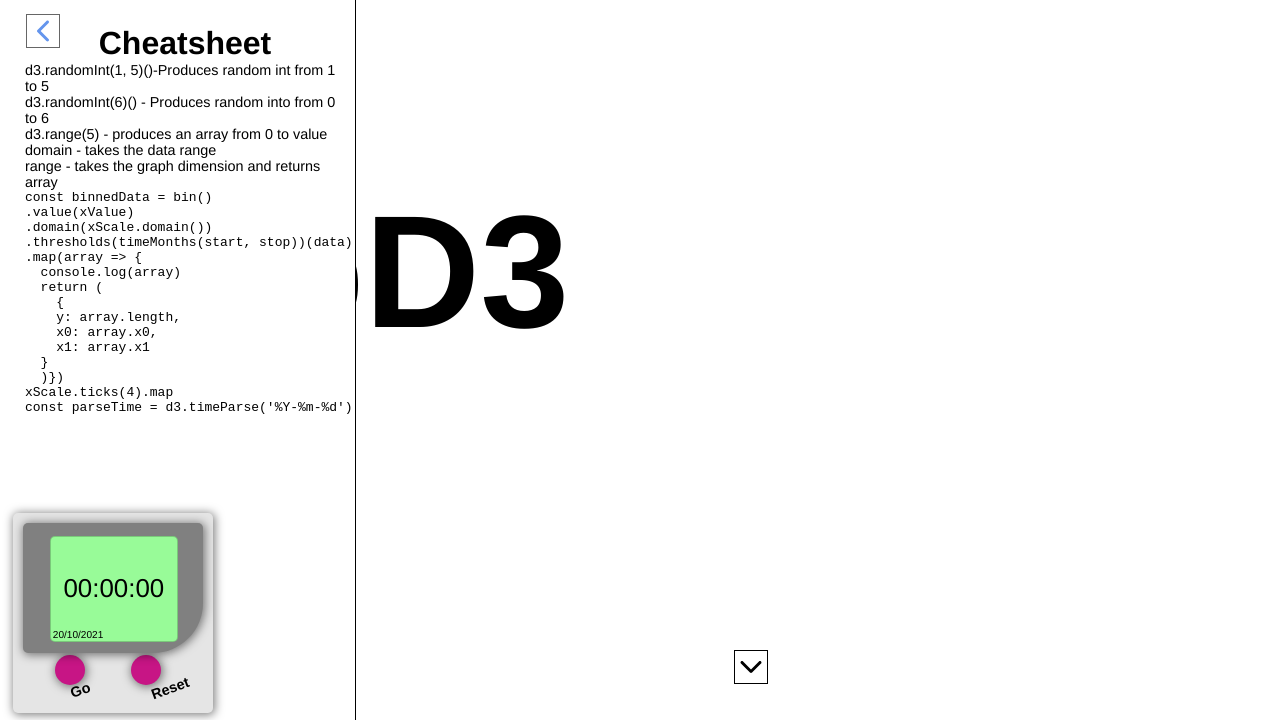
Repository: Lewisjohnward/100-days-of-d3
Page: /
An editor plug-in stored every save of this project. The page is shown before and after the next save, followed by the edit.
The browser window is 1280 px wide. The pictures show the whole page.
The project was rebuilt for these pictures with package versions that can differ from the ones it lists, and the page was loaded fresh each time. Also part of the build but not shown: src/charts/chart1/styles.js, src/charts/chart1/Chart.js, src/charts/chart2/useGetData.js, src/charts/chart2/styles.js, src/charts/chart2/Chart.js, src/charts/chart3/useGetData.js, src/charts/chart3/styles.js, src/charts/chart3/Chart.js and 6 more.

Above is the page before, as saved 2021-10-20 16:03:57.

### src/App.js
import {useState} from "react"
import { IoIosArrowForward } from "react-icons/io";
import styled from "styled-components";
import { Chart1, Chart2, Chart3, Chart4, Chart5 } from "./charts/index.js";
import { Hello } from "./components/HelloD3";
import { Navbar } from "./components/Navbar.js";

const BodyContainer = styled.div`
  position: relative;
  z-index: 99;
  display: flex;
  height: ${({ height }) => height}px;
  overflow: hidden;
`;

const ChartGrid = styled.div`
  width: 75%;
  display: grid;
  overflow: scroll;
  grid-template-columns: repeat(3, 400px);
  grid-template-rows: repeat(2, 400px);
  justify-content: center;
  align-items: start;
  align-content: start;
  grid-gap: 0px;
  padding: 1%;
`;

const Icon = styled(IoIosArrowForward)`
  position: absolute;
  bottom: 5%;
  right: 40%;
  font-size: 2em;
  transform: rotate(90deg);
  cursor: pointer;
  border: 1px solid black;
`

const SingleView = styled.div``

const height = window.innerHeight;

function App() {
  const [gridView, setGridView] = useState(false)
  return (
    <BodyContainer height={height}>
      <Hello />
      <Navbar />
      {gridView ? <ChartGrid>
        <Chart1 />
        <Chart2 />
        <Chart3 />
        <Chart4 />
        <Chart5 />
      </ChartGrid> : <SingleView></SingleView>}

      <Icon onClick={() => setGridView(prev => !prev)}/>
    </BodyContainer>
  );
}

export default App;

### src/index.css
*{
    margin: 0;
    padding: 0;
}

body {
    font-family: Helvetica, "Trebuchet MS", Verdana, sans-serif;
}

### src/charts/index.js
export { Test as Chart1} from "./chart1/Chart"
export { Chart as Chart2} from "./chart2/Chart"
export { Chart as Chart3} from "./chart3/Chart"
export { Chart as Chart4} from "./chart4/Chart"
export { Chart as Chart5} from "./chart5/Chart"

### src/components/HelloD3.js
import { useState } from "react";
import styled, { keyframes } from "styled-components";

const letterAnimation = keyframes`
    0% {transform: rotate(0deg);}
    20% {transform: rotate(-45deg);}
    100% {transform: rotate(-45deg);}
`;

const TextContainer = styled.div`
  position: absolute;
  top: 25%;
  display: flex;
  font-size: 10em;

`;

const LetterContainer = styled.div`
  &.fallanimation {
    transition: transform 1s;
    transform: translateY(942px);
  }

  p {
    font-weight: ${({bold}) => bold ? 600: 300};
    &.fallanimation {
      animation: ${letterAnimation} ease-out 1s forwards;
    }
  }
`;

const word = "Hello";
const d3 = "D3"
const d3Array = d3.split("");
const wordArray = word.split("");
const height = window.innerHeight;

export const Hello = () => {
  return (
    <TextContainer>
      {wordArray.map((d) => (
        <Letter letter={d} />
      ))}
      {d3Array.map((d) => (
        <Letter letter={d} bold={true}/>
      ))}
    </TextContainer>
  );
};

const Letter = ({ letter, bold}) => {
  const [visible, setVisible] = useState(true);

  const handleMouseEnter = () => {
    setVisible((prev) => !prev);
  };

  return (
    <LetterContainer className={!visible && "fallanimation"} height={height} bold={bold}>
      <p
        className={!visible && "fallanimation"}
        onMouseEnter={() => handleMouseEnter()}
      >
        {letter}
      </p>
    </LetterContainer>
  );
};

### src/components/Navbar.js
import { useState } from "react";
import styled from "styled-components";
import { TimerComponent as Timer } from "./Timer";
import { IoIosArrowBack, IoMdHelp } from "react-icons/io";

const NavContainer = styled.div`
  height: 100%;
  width: 25%;
  overflow: hidden;
  background: white;
  padding: 25px 10px 25px 25px;
  border-right: 1px solid black;
  > p {
    font-size: 0.9em;
  }

  &.open {
    transition: all 1s ease-in;
    transform: translateX(0px);
  }
  &.close {
    transition: all 1s ease-in;
    transform: translateX(-100%);
  }
`;

const Title = styled.div`
  font-size: 2em;
  font-weight: 700;
  text-align: center;
`;

const Icon = styled(IoMdHelp)`
  position: absolute;
  left: 2%;
  top: 2%;
  z-index: 1;
  font-size: 2em;
  color: cornflowerblue;
  cursor: pointer;
  border: 1px solid rgba(0, 0, 0, 0.6);
`;
const CloseIcon = styled(IoIosArrowBack)`
  position: absolute;
  left: 2%;
  top: 2%;
  z-index: 1;
  font-size: 2em;
  color: cornflowerblue;
  cursor: pointer;
  border: 1px solid rgba(0, 0, 0, 0.6);
`;

const code = `const binnedData = bin()
.value(xValue)
.domain(xScale.domain())
.thresholds(timeMonths(start, stop))(data)
.map(array => {
  console.log(array)
  return (
    {
    y: array.length,
    x0: array.x0,
    x1: array.x1
  }
  )})`;

export const Navbar = () => {
  const [visible, setVisible] = useState(true);
  return (
    <>
      {visible ? (
        <CloseIcon onClick={() => setVisible((prev) => !prev)} />
      ) : (
        <Icon onClick={() => setVisible((prev) => !prev)} />
      )}
      <NavContainer className={visible ? "open" : "close"}>
        <Title>Cheatsheet</Title>
        <p>d3.randomInt(1, 5)()-Produces random int from 1 to 5</p>
        <p>d3.randomInt(6)() - Produces random into from 0 to 6</p>
        <p>d3.range(5) - produces an array from 0 to value</p>
        <p>domain - takes the data range</p>
        <p>range - takes the graph dimension and returns array</p>
        <pre>
          <code>{code}</code>
        </pre>
        <pre>
          <code>xScale.ticks(4).map</code>
        </pre>
        <pre>
          <code>const parseTime = d3.timeParse('%Y-%m-%d');</code>
        </pre>
      </NavContainer>
      <Timer />
    </>
  );
};

### src/components/Timer.js
import { useState, useEffect } from "react";
import styled, { keyframes } from "styled-components";

const Icon = styled.div`
  position: absolute;
  bottom: 1%;
  left: 1%;
  height: 200px;
  width: 200px;
  padding: 0px;
  margin: 0px;

  color: black;
  overflow: hidden;
  background: rgb(229, 229, 229);
  opacity: 1;
  text-shadow: none;
  font-weight: 300;
  font-size: 0.9em;
  box-shadow: 1px 1px 10px 1px rgba(0, 0, 0, 0.5);
  border-radius: 5px;
`;

const Container = styled.div`
  height: 100%;
  width: 100%;
  display: flex;
  flex-direction: column;
  justify-content: center;
  align-items: center;
`;

const Timer = styled.div`
  position: relative;
  background: gray;
  height: 65%;
  width: 90%;
  border-radius: 5px 5px 50px 5px;
  box-shadow: 1px 1px 10px 1px rgba(0, 0, 0, 0.5);
`;

const TimerContainer = styled.div`
  position: absolute;
  top: 10%;
  left: 15%;
  height: 80%;
  width: 70%;
  display: flex;
  justify-content: center;
  align-items: center;

  background: palegreen;
  border-radius: 5px;
  border: 1px solid rgba(0, 0, 0, 0.2);
  font-size: 1.8em;
`;

const ButtonContainer = styled.div`
  height: 25%;
  width: 80%;
  display: flex;

  flex-direction: row;
  justify-content: space-around;
  align-items: center;
`;

const Start_StopContainer = styled.div`
  display: flex;
  align-items: center;
  justify-content: center;
  background: mediumvioletred;
  width: 30px;
  height: 30px;
  border-radius: 100%;
  box-shadow: 1px 1px 10px 1px rgba(0, 0, 0, 0.5);
  font-size: 1.2em;
  font-weight: 800;
  cursor: pointer;

  &:active {
    transition: transform 0.1s box-shadow 0.1s;
    transform: translateY(10%);
  }
`;

const ButtonDiv = styled.div`
  font-weight: 600;

  p {
    transform: translate(50%, -30%) rotate(-20deg);
  }
`;

const DateContainer = styled.div`
  position: absolute;
  top: 58%;
  left: 20%;
  font-size: 0.7em;
  text-decoration: italic;

  .today {
    right: 0%;
  }
`;

export const TimerComponent = ({ grid }) => {
  const [seconds, setSeconds] = useState(0);
  const [active, setActive] = useState(false);

  useEffect(() => {
    const seconds = parseInt(localStorage.getItem("seconds-d3")) || 0;
    const active = localStorage.getItem("state-d3") || false;
    setActive(active);
    setSeconds(seconds);
  }, []);

  useEffect(() => {
    if (active) {
      setTimeout(() => {
        setSeconds((prev) => prev + 1);
      }, 1000);
    }
    localStorage.setItem("seconds-d3", seconds);
    localStorage.setItem("state-d3", active);
  }, [active, seconds]);

  function secondsToTime(e) {
    var h = Math.floor(e / 3600)
        .toString()
        .padStart(2, "0"),
      m = Math.floor((e % 3600) / 60)
        .toString()
        .padStart(2, "0"),
      s = Math.floor(e % 60)
        .toString()
        .padStart(2, "0");

    return h + ":" + m + ":" + s;
    //return `${h}:${m}:${s}`;
  }

  return (
    <Icon className={`icon`}>
      <Container>
        <Timer>
          <TimerContainer>{secondsToTime(seconds)}</TimerContainer>
        </Timer>
        <DateContainer>20/10/2021</DateContainer>

        <ButtonContainer>
          <ButtonDiv>
            <Start_StopContainer
              onClick={() => {
                if (!active) {
                  setActive(true);
                }
              }}
            />
            <p>Go</p>
          </ButtonDiv>
          {active ? (
            <ButtonDiv>
              <Start_StopContainer onClick={() => setActive(false)} />
              <p>Stop</p>
            </ButtonDiv>
          ) : (
            <ButtonDiv>
              <Start_StopContainer onClick={() => setSeconds(0)} />
              <p>Reset</p>
            </ButtonDiv>
          )}
        </ButtonContainer>
      </Container>
    </Icon>
  );
};

Loaded but not shown: public/index.html (common file); src/index.js (common file)

After the next save:
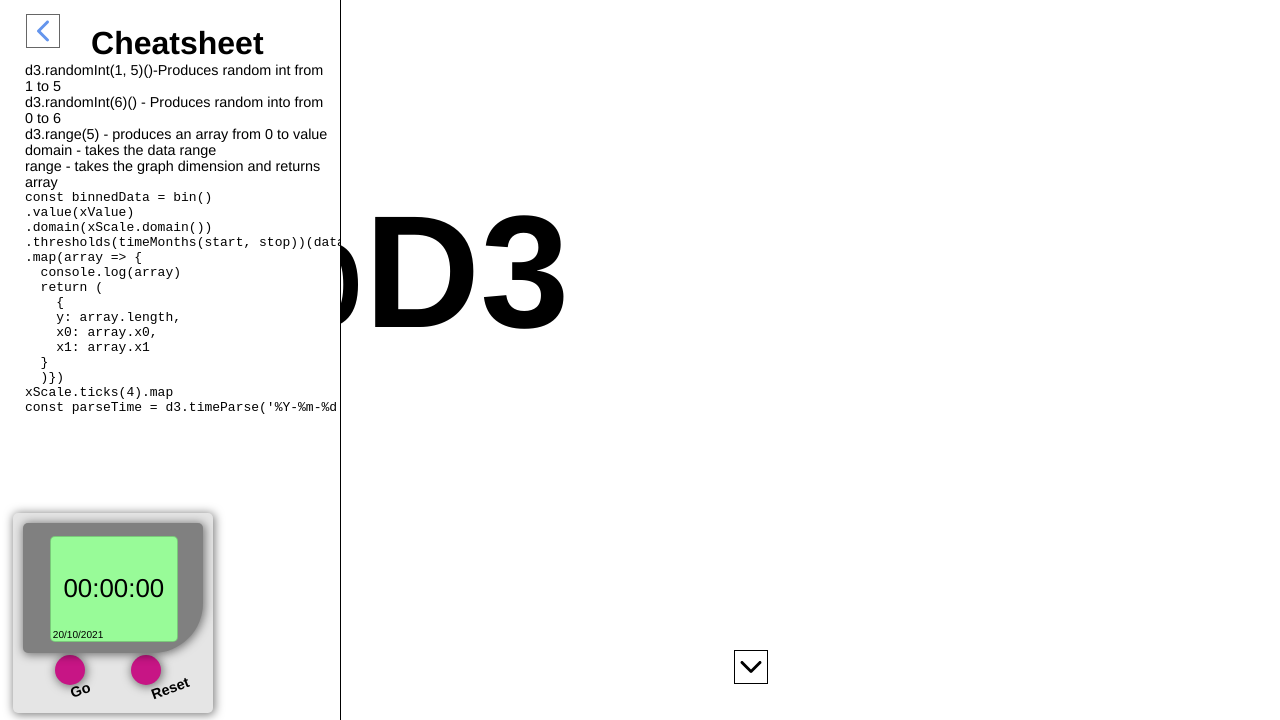
Saved 65 s later.
--- a/src/App.js
+++ b/src/App.js
@@ -1,4 +1,4 @@
-import {useState} from "react"
+import { useState } from "react";
 import { IoIosArrowForward } from "react-icons/io";
 import styled from "styled-components";
 import { Chart1, Chart2, Chart3, Chart4, Chart5 } from "./charts/index.js";
@@ -14,7 +14,6 @@
 `;
 
 const ChartGrid = styled.div`
-  width: 75%;
   display: grid;
   overflow: scroll;
   grid-template-columns: repeat(3, 400px);
@@ -26,6 +25,11 @@
   padding: 1%;
 `;
 
+const View = styled.div`
+  width: 75%;
+  padding: 1%;
+`;
+
 const Icon = styled(IoIosArrowForward)`
   position: absolute;
   bottom: 5%;
@@ -34,27 +38,32 @@
   transform: rotate(90deg);
   cursor: pointer;
   border: 1px solid black;
-`
+`;
 
-const SingleView = styled.div``
+const SingleView = styled.div``;
 
 const height = window.innerHeight;
 
 function App() {
-  const [gridView, setGridView] = useState(false)
+  const [gridView, setGridView] = useState(false);
   return (
     <BodyContainer height={height}>
       <Hello />
       <Navbar />
-      {gridView ? <ChartGrid>
-        <Chart1 />
-        <Chart2 />
-        <Chart3 />
-        <Chart4 />
-        <Chart5 />
-      </ChartGrid> : <SingleView></SingleView>}
-
-      <Icon onClick={() => setGridView(prev => !prev)}/>
+      <View>
+        {gridView ? (
+          <ChartGrid>
+            <Chart1 />
+            <Chart2 />
+            <Chart3 />
+            <Chart4 />
+            <Chart5 />
+          </ChartGrid>
+        ) : (
+          <SingleView></SingleView>
+        )}
+      </View>
+      <Icon onClick={() => setGridView((prev) => !prev)} />
     </BodyContainer>
   );
 }
